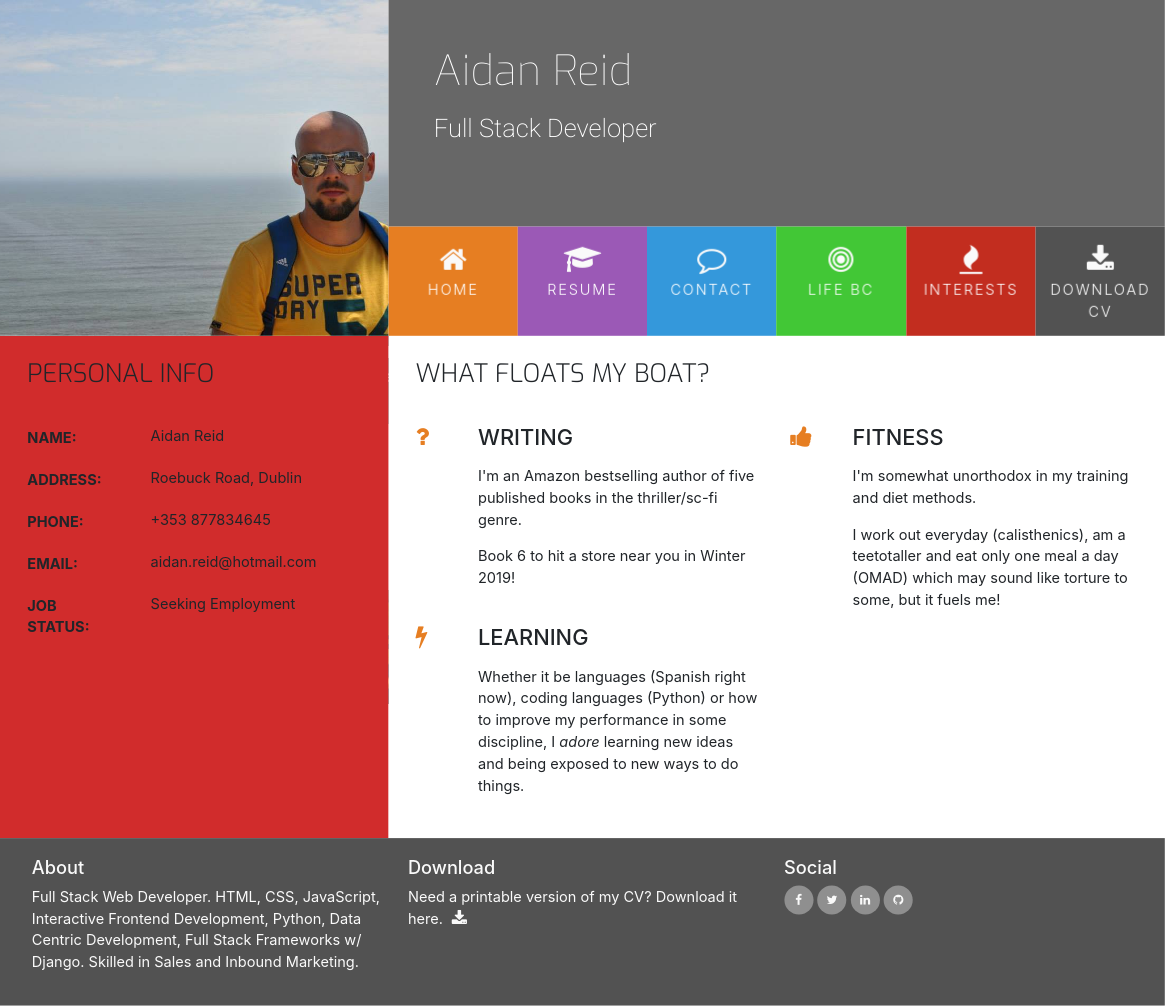
Repository: AidanJReid/Resume
Page: interests.html
The author's editor kept a record of every edit. The page is drawn from the files as they stood at one moment, then again after the next edit.
The browser window is 1280 px wide. The pictures show the whole page, at 91% of full size.

Above is the page before.

### interests.html
<!DOCTYPE html>
<html lang="en">

<head>
    <meta charset="UTF-8">
    <meta name="viewport" content="width=device-width, initial-scale=1.0">
    <meta http-equiv="X-UA-Compatible" content="ie=edge">
    <link rel="stylesheet" href="https://stackpath.bootstrapcdn.com/bootstrap/4.3.1/css/bootstrap.min.css" type="text/css" />
    <link rel="stylesheet" href="https://stackpath.bootstrapcdn.com/font-awesome/4.7.0/css/font-awesome.min.css" type="text/css" />
    <link rel="stylesheet" href="https://cdnjs.cloudflare.com/ajax/libs/hover.css/2.3.1/css/hover-min.css" type="text/css" />
    <link rel="stylesheet" href="assets/css/style.css" type="text/css" />
    <title>Aidan</title>
</head>

<body>
    <header>
        <div class="row no-gutters">
            <a href="index.html" class="col-lg-4 logo">

            </a>
            <div class="col-lg-8">
                <div class="row no-gutters bg-color-name-title">
                    <div class="col heading">
                        <h1 class="name">Aidan Reid</h1>
                        <h2 class="title">Full Stack Developer</h2>
                    </div>
                </div>
                <div class="row no-gutters">
                    <div class="col">
                        <ul id="nav" class="list-inline menucontainer">
                            <li class="col-6 col-sm-2 ui-menu-color-home list-inline-item menuitem">
                                <a href="index.html" class="hvr-sweep-to-bottom">
                                    <i class="fa fa-home" aria-hidden="true"></i>
                                    <span>Home</span>
                                </a>
                            </li>
                            <li class="col-6 col-sm-2 ui-menu-color-resume list-inline-item menuitem">
                                <a href="resume.html" class="hvr-sweep-to-bottom">
                                    <i class="fa fa-graduation-cap" aria-hidden="true"></i>
                                    <span>Resume</span>
                                </a>
                            </li>
                            <li class="col-6 col-sm-2 ui-menu-color-contact list-inline-item menuitem">
                                <a href="contact.html" class="hvr-sweep-to-bottom">
                                    <i class="fa fa-comment-o" aria-hidden="true"></i>
                                    <span>Contact</span>
                                </a>
                            </li>
                            <li class="col-6 col-sm-2 ui-menu-color-life list-inline-item menuitem">
                                <a href="life.html" class="hvr-sweep-to-bottom">
                                    <i class="fa fa-bullseye" aria-hidden="true"></i>
                                    <span>Life BC</span>
                                </a>
                            </li>
                            <li class="col-6 col-sm-2 ui-menu-color-interests list-inline-item menuitem">
                                <a href="interests.html" class="hvr-sweep-to-bottom">
                                    <i class="fa fa-fire" aria-hidden="true"></i>
                                    <span>Interests</span>
                                </a>
                            </li>
                            <li class="col-6 col-sm-2 ui-menu-color-download list-inline-item menuitem">
                                <a href="assets/CV/19AidReidCV.docx" target="_blank" class="hvr-sweep-to-bottom">
                                    <i class="fa fa-download" aria-hidden="true"></i>
                                    <span>Download CV</span>
                                </a>
                            </li>
                        </ul>
                    </div>
                </div>
            </div>
        </div>
    </header>
    <section class="container-fluid">
        <div class="row">
            <div class="col-md-4 bg-color-interests section-column">
                <div class="row">
                    <div class="col-12">
                        <h3 class="section-heading uppercase">Personal Info</h3>
                    </div>
                </div>
                <div class="personal-info-item">
                    <div class="key">
                        <p class="uppercase">
                            Name:
                        </p>
                    </div>
                    <div class="value">
                        <p>
                            Aidan Reid
                        </p>
                    </div>
                </div>
                <div class="personal-info-item">
                    <div class="key">
                        <p class="uppercase">
                            Address:
                        </p>
                    </div>
                    <div class="value">
                        <p>
                            Roebuck Road, Dublin
                        </p>
                    </div>
                </div>
                <div class="personal-info-item">
                    <div class="key">
                        <p class="uppercase">
                            Phone:
                        </p>
                    </div>
                    <div class="value">
                        <p>
                            +353 877834645
                        </p>
                    </div>
                </div>
                <div class="personal-info-item">
                    <div class="key">
                        <p class="uppercase">
                            Email:
                        </p>
                    </div>
                    <div class="value">
                        <p>
                            aidan.reid@hotmail.com
                        </p>
                    </div>
                </div>
                <div class="personal-info-item">
                    <div class="key">
                        <p class="uppercase">
                            Job Status:
                        </p>
                    </div>
                    <div class="value">
                        <p>
                            Seeking Employment
                        </p>
                    </div>
                </div>
            </div>
            <div class="col-md-8 bg-color-three-reasons section-column">
                <div class="row">
                    <div class="col">
                        <h3 class="section-heading uppercase">What floats my boat?</h3>
                    </div>
                </div>
                <div class="row">
                    <div class="col-10 offset-1 offset-sm-0 col-sm-4 col-md-6">
                        <div class="row">
                            <div class="col-2">
                                <i class="three-reasons-icon fa fa-question" aria-hidden="true"></i>
                            </div>
                            <div class="col-10">
                                <h4 class="three-reasons-heading uppercase" aria-hidden="true">Writing</h4>
                                <p>
                                    I'm an Amazon bestselling author of five published books in the thriller/sc-fi genre.
                                </p>
                                <p>Book 6 to hit a store near you in Winter 2019!</p>
                            </div>
                        </div>
                    </div>
                    <div class="col-10 offset-1 offset-sm-0 col-sm-4 col-md-6">
                        <div class="row">
                            <div class="col-2">
                                <i class="three-reasons-icon fa fa-thumbs-up" aria-hidden="true"></i>
                            </div>
                            <div class="col-10">
                                <h4 class="three-reasons-heading uppercase" aria-hidden="true">Fitness</h4>
                                <p>
                                    I'm somewhat unorthodox in my training and diet methods.</p>
                                <p> I work out everyday (calisthenics), am a teetotaller and eat only one meal a day (OMAD) which may sound like torture to some, but it fuels me!
                                </p>
                            </div>
                        </div>
                    </div>
                    <div class="col-10 offset-1 offset-sm-0 col-sm-4 col-md-6">
                        <div class="row">
                            <div class="col-2">
                                <i class="three-reasons-icon fa fa-bolt" aria-hidden="true"></i>
                            </div>
                            <div class="col-10">
                                <h4 class="three-reasons-heading uppercase" aria-hidden="true">Learning</h4>
                                <p>
                                    Whether it be languages (Spanish right now), coding languages (Python) or how to improve my performance in some discipline, I <em>adore</em> learning new ideas and being exposed to new ways to do things.
                                </p>
                            </div>
                        </div>
                    </div>
                </div>
            </div>

    </section>
    <footer class="container-fluid">
        <div id="footer-details" class="row">
            <div class="col-sm-4">
                <h5 class="uppercase-general-sub">About</h5>
                <p class="inline-block">
                    Full Stack Web Developer. HTML, CSS, JavaScript, Interactive Frontend Development, Python, Data Centric Development, Full Stack Frameworks w/ Django. Skilled in Sales and Inbound Marketing.
                </p>
            </div>
            <div class="col-sm-4">
                <h5 class="uppercase-general-sub">Download</h5>
                <p class="inline-block">
                    Need a printable version of my CV? Download it here.
                    <a href="assets/CV/19AidReidCV.docx" target="_blank" class="cv-pdf">
                        <i class="fa fa-download" aria-hidden="true"></i>
                        <span class="sr-only">Download link.</span>
                    </a>
                </p>
            </div>
            <div class="col-sm-4">
                <h5 class="uppercase-general-sub">Social</h5>
                <ul class="list-inline social-links">
                    <li class="list-inline-item">
                        <a href="https://www.facebook.com/aidanjreidauthor/" target="_blank">
                            <i class="fa fa-facebook" aria-hidden="true"></i>
                            <span class="sr-only">Facebook</span>
                        </a>
                    </li>
                    <li class="list-inline-item">
                        <a href="https://twitter.com/AidanJReid" target="_blank">
                            <i class="fa fa-twitter" aria-hidden="true"></i>
                            <span class="sr-only">Twitter</span>
                        </a>
                    </li>
                    <li class="list-inline-item">
                        <a href="https://www.linkedin.com/in/aidanreid/" target="_blank">
                            <i class="fa fa-linkedin" aria-hidden="true"></i>
                            <span class="sr-only">Linkedin</span>
                        </a>
                    </li>
                    <li class="list-inline-item">
                        <a href="https://github.com/AidanJReid" target="_blank">
                            <i class="fa fa-github" aria-hidden="true"></i>
                            <span class="sr-only">Github</span>
                        </a>
                    </li>
                </ul>
            </div>
        </div>

    </footer>

</body>

</html>

### assets/css/style.css
@import url('https://fonts.googleapis.com/css?family=Roboto:100,200,300,400,500,600,700|Exo:100,200,300,400,500,600,700');

/* -----------------------------------Colours */

.bg-color-name-title {
    background-color: #676767;
}

.bg-color-three-reasons {
    background-color: #fff;
}

.bg-color-personal-info {
    background-color: #f4f4f4;
}

.bg-color-work-history {
    background-color: #9b59b6;
}

.bg-color-contact {
    background-color: #fff;
}

.bg-color-interests {
    background-color: #d12c2c;
}

.bg-color-life {
    background-color: #42c736;
}

.ui-menu-color-home {
    background-color: #e67e22;
}

.ui-menu-color-resume {
    background-color: #9b59b6;
}

.ui-menu-color-life {
    background-color: #42c736;
}

.ui-menu-color-interests {
    background-color: #c22d1f;
}

.ui-menu-color-contact {
    background-color: #3498db;
}

.ui-menu-color-download {
    background-color: #525252;
}



/* -----------------------------------Special paddings/margins/text */

h1,
h2,
h3,
h4 {
    margin: 0;
}

.uppercase {
    text-transform: uppercase;
}

.general-sub {
    font-family: "Exo", sans-serif;
    font-weight: 300;
    color: #fafafa;
}

.inline-block {
    display: inline-block;
}

.row-table {
    display: table;
}

.section-column {
    display: table-cell;
    padding: 0 30px 30px;
    float: none;
}

.history-heading,
.section-heading {
    font-family: "Exo", sans-serif;
    font-weight: 300;
    margin-top: 25px;
    margin-bottom: 40px;
}

.section-heading-flip {
    color: #fafafa;
}

/* -----------------------------------Heading */

header {
    margin: 0;
}

.heading {
    margin-left: 50px;
}

.logo {
    background: url("../images/AJ.jpg");
    background-position: center;
    background-repeat: no-repeat;
    background-size: cover;
    min-height: 360px;
    transition: all .5s ease-in-out;
    -moz-transition: all .5s ease-in-out;
    -webkit-transition: all .5s ease-in-out;
}

.name {
    font-family: "Exo", sans-serif;
    font-weight: 100;
    font-size: 46px;
    margin-top: 50px;
    color: #fff;
}

.title {
    font-family: "Roboto", sans-serif;
    font-weight: 200;
    font-size: 28px;
    margin-top: 20px;
    margin-bottom: 90px;
    color: #fff;
}


.list-inline-item:not(:last-child) {
    margin: 0;
}

.menucontainer {
    font-size: 0;
}

#nav {
    margin: 0;
}

#nav li {
    font-size: 14px;
    padding: 0;
}

.menuitem {
    height: 120px;
    text-align: center;
    padding: 0;
}

.menuitem a {
    width: 100%;
    text-decoration: none;
    color: #fff;
    height: 120px;
}

.menuitem a i {
    padding-top: 20px;
    display: block;
    color: #fafafa;
    font-size: 32px;
}

.menuitem span {
    display: block;
    width: 100%;
    padding-top: 5px;
    text-align: center;
    text-transform: uppercase;
    font-size: 16px;
    font-weight: 300;
    letter-spacing: 2px;
}

/* -----------------------------------Hover.css */

.hvr-sweep-to-bottom:before {
    background: rgba(0, 0, 0, 0.2);
    height: 120px;
}

/* -----------------------------------Footer */

footer {
    background-color: #525252;
    color: #fafafa;
    min-height: 120px;
    margin: 0;
}

.cv-pdf i {
    font-size: 18px;
    color: #fafafa;
    text-align: center;
    padding-left: 5px;
    transition: all 0.35s ease-in-out;
    -moz-transition: all 0.35s ease-in-out;
    -webkit-transition: all 0.35s ease-in-out;
    -o-transition: all 0.35s ease-in-out;
}

.cv-pdf i:hover {
    color: #e84610;
}

.social-links {
    padding-bottom: 15px;
}

.social-links li a i {
    width: 32px;
    height: 32px;
    padding: 12px 0;
    border-radius: 50%;
    font-size: 13px;
    line-height: 7px;
    text-align: center;
    color: #fafafa;
    background: #8f8f8f;
    transition: all 0.35s ease-in-out;
    -moz-transition: all 0.35s ease-in-out;
    -webkit-transition: all 0.35s ease-in-out;
    -o-transition: all 0.35s ease-in-out;
}

.social-links li a i:hover {
    background: #e84610;
}

#footer-details {
    padding: 20px;
}

/* -----------------------------------3 reasons */

.three-reasons-icon {
    font-size: 26px;
    color: #e67e22;
}

.three-reasons-heading {
    margin-bottom: 15px;
}

/* -----------------------------------Personal Info */

.personal-info-item {
    margin-bottom: 20px;
    display: block;
    clear: both;
}

.personal-info-item .key,
.personal-info-item .value {
    padding-right: 8px;
    display: inline-block;
}

.personal-info-item .key p,
.personal-info-item .value p {
    margin: 0;
}

.personal-info-item .key {
    width: 30%;
    margin-right: 21px;
    padding-top: 2px;
    vertical-align: top;
}

.personal-info-item .key p {
    font-weight: 700;
}

.personal-info-item .value {
    position: relative;
    width: 60%;
}

/* -----------------------------------Skills */

.progress {
    position: relative;
    height: 25px;
    margin-bottom: 4px;
}

.progress-type {
    position: absolute;
    left: 0px;
    font-weight: 400;
    padding: 3px 30px 2px 10px;
    color: #fafafa;
    background-color: rgba(25, 25, 25, 0.2);
}

.progress-section {
    margin: 40px 20px;
}

/* -----------------------------------Work History */

.history-heading {
    color: #fafafa;
    margin-bottom: 50px;
}

.timeline-item {
    padding: 4em 2em 0em 2em;
    position: relative;
    color: #fafafa;
    border-left: 1px solid;
}

.timeline-item p {
    padding: 0;
    margin: 0;
}

.timeline-item:before {
    content: attr(data-dates);
    position: absolute;
    left: 2.5em;
    top: 3em;
    display: block;
    font-family: "Exo", sans-serif;
    font-weight: 500;
    font-size: 0.8em;
    padding: 0;
    margin: 0;
}

.timeline-item:after {
    width: 12px;
    height: 12px;
    display: block;
    top: 2.4em;
    position: absolute;
    left: -6px;
    border-radius: 12px;
    content: '';
    background: #fafafa;
}

.history-items {
    margin-bottom: 30px;
}

/* -----------------------------------Contact Form */

.contact-heading {
    font-family: "Exo", sans-serif;
    font-weight: 300;
    margin-top: 25px;
    margin-bottom: 20px;
}

.center-form {
    padding-top: 10px;
    margin: 0 auto;
    max-width: 70%;
}

button[type="submit"] {
    margin-top: 15px;
    margin-bottom: 20px;
    color: #fafafa;
    background-color: #e84610;
}

/* -----------------------------------Media Queries */

@media(min-width: 992px) {
    .center-form {
        padding-top: 30px;
        min-height: 240px;
        margin: 0 auto;
        max-width: 50%;
    }
}

After the next edit:
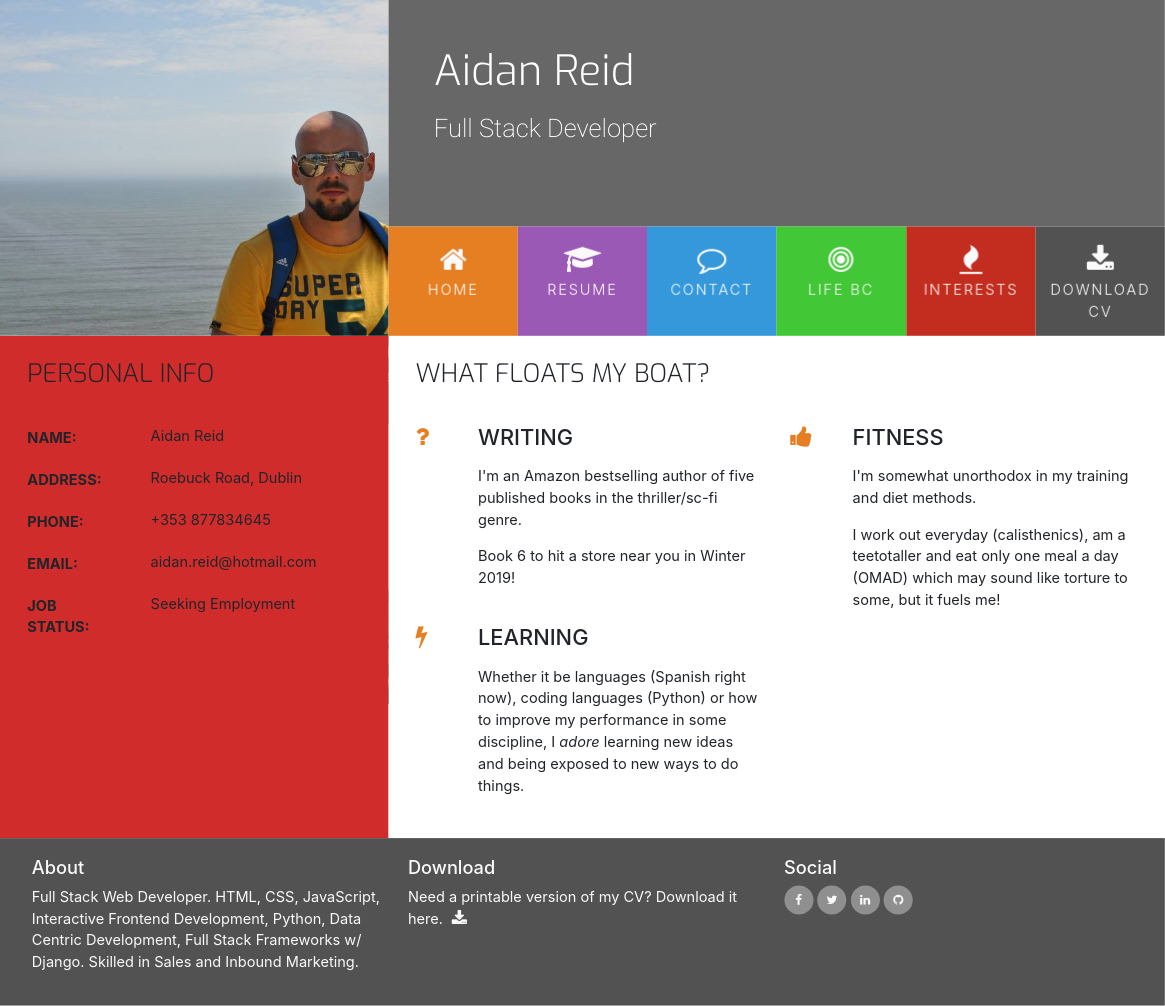
The edit:
--- a/assets/css/style.css
+++ b/assets/css/style.css
@@ -124,7 +124,7 @@
 
 .name {
     font-family: "Exo", sans-serif;
-    font-weight: 100;
+    font-weight: 300;
     font-size: 46px;
     margin-top: 50px;
     color: #fff;
